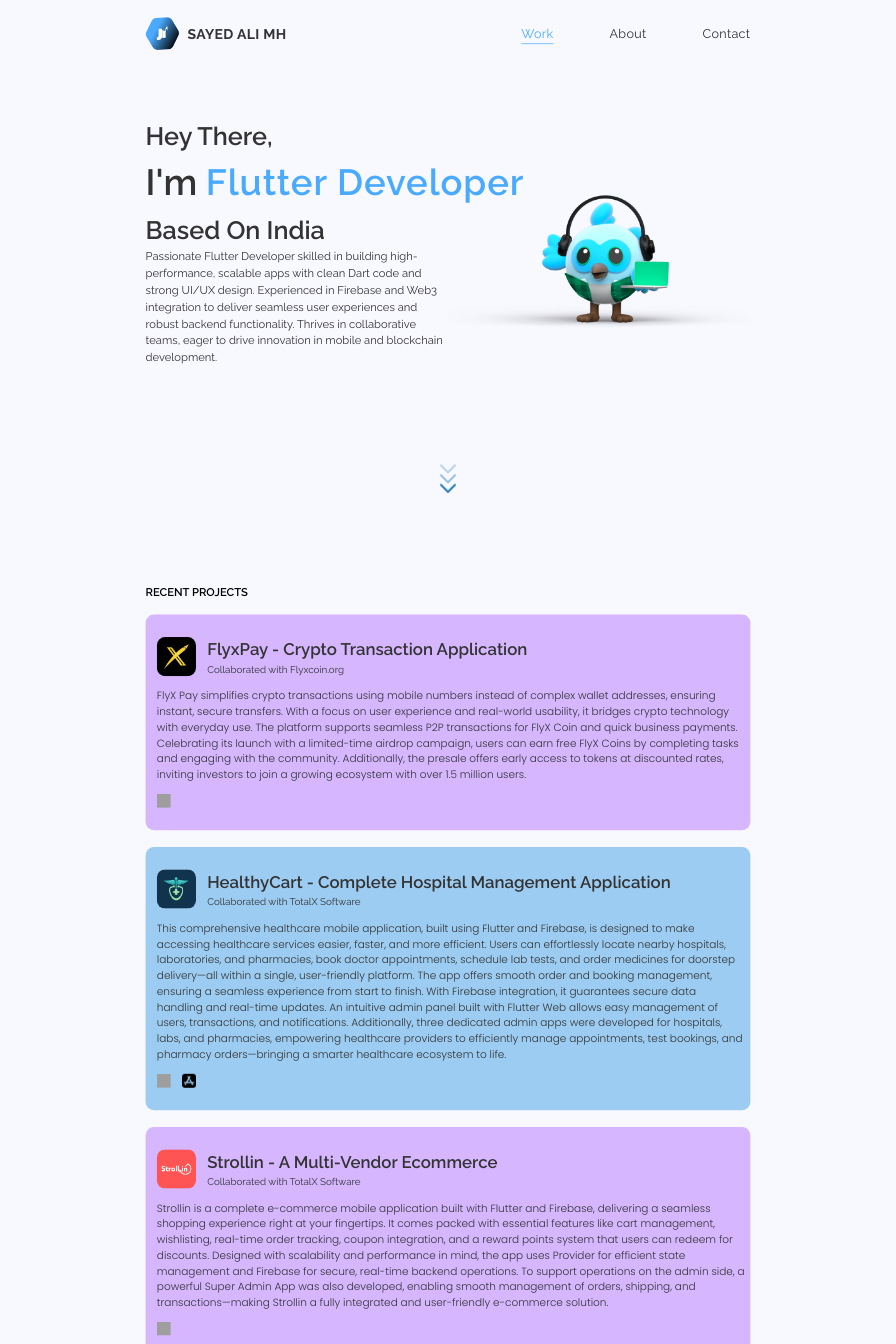
Repository: sayedali-2129/sayedali-portfolio
Page: /
These files come from the project's save history. The page is drawn as it stood at one moment and after the next save; the edit follows.
The browser window is 1280 px wide. The pictures show the part of the page from y = 0 to 1920 px (the page is 3045 px tall), at 70% of full size.
Pictures or frames that could not be fetched are drawn as grey boxes. The project was rebuilt for these pictures with package versions that can differ from the ones it lists, and the page was loaded fresh each time. The framework's server and built-in components were replaced by stand-ins that run in the browser. Also part of the build but not shown: next.config.ts.

Above is the page before, as saved 2025-05-20 11:41:21.

After the next save:
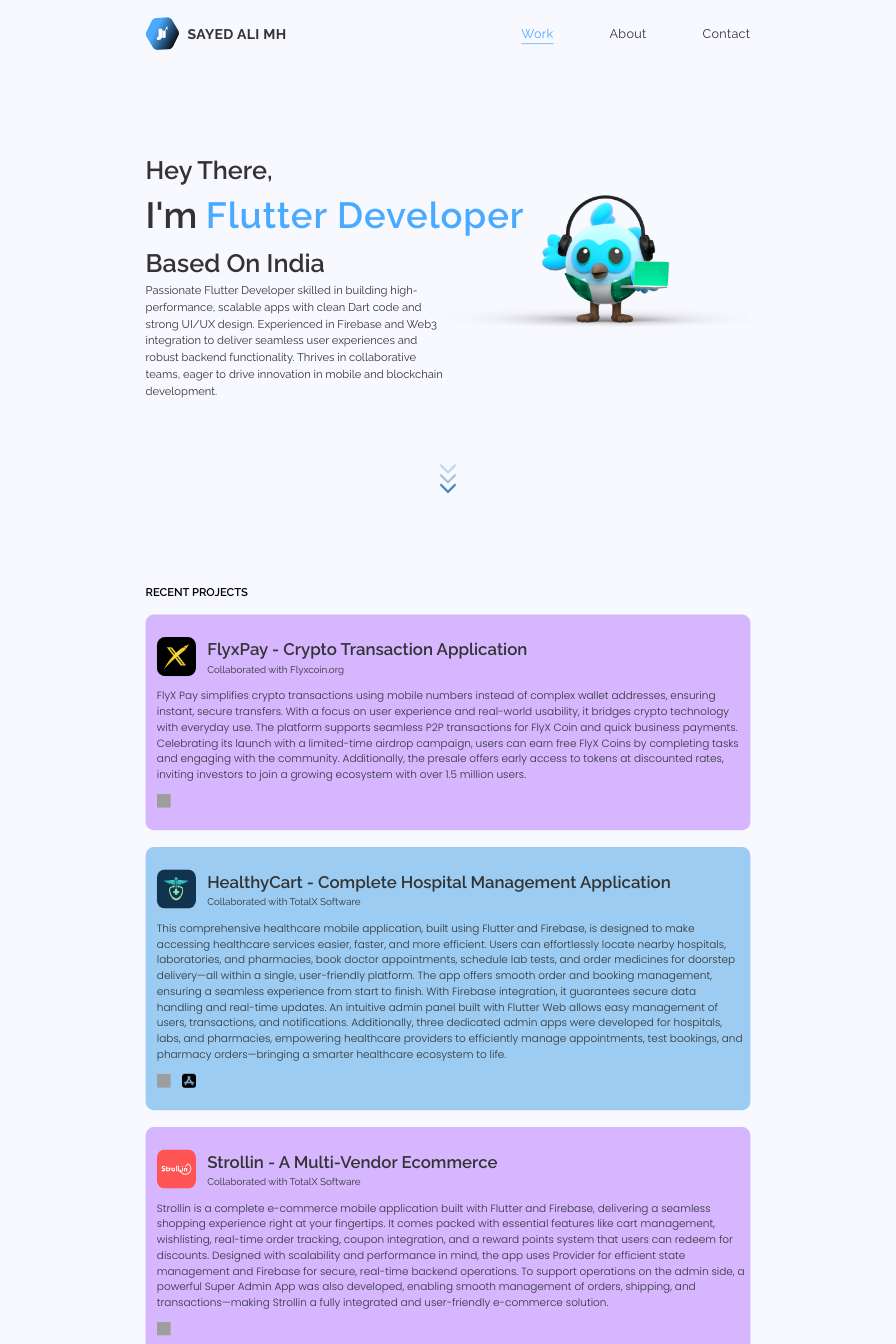
Saved 23 s later.
--- a/src/features/home/components/ProfileBody.tsx
+++ b/src/features/home/components/ProfileBody.tsx
@@ -35,7 +35,7 @@
           <h3 className="text-[36px] text-TextColor font-RalewaySemiBold">
             Based On India
           </h3>
-          <p className="text-TextColor font-RalewayRegular pb-24">
+          <p className="text-TextColor font-RalewayRegular pb-24 md:pb-0">
             Passionate Flutter Developer skilled in building high-performance,
             scalable apps with clean Dart code and strong UI/UX design.
             Experienced in Firebase and Web3 integration to deliver seamless
